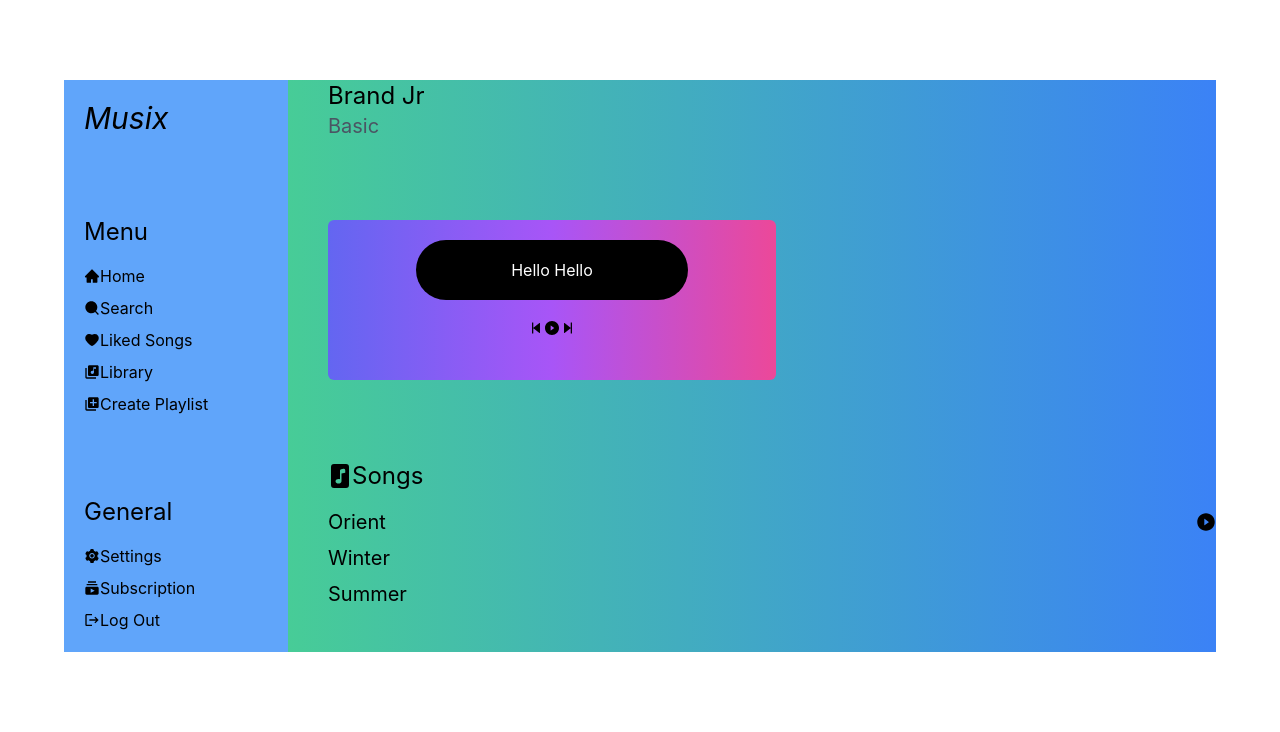
Repository: brandford7/music-player
Page: /
These files come from the project's save history. The page is drawn as it stood at one moment and after the next save; the edit follows.
The browser window is 1280 px wide. The pictures show the whole page.
The project was rebuilt for these pictures with package versions that can differ from the ones it lists, and the page was loaded fresh each time. The framework's server and built-in components were replaced by stand-ins that run in the browser. Also part of the build but not shown: next.config.js.

Above is the page before, as saved 2022-11-18 13:00:21.

### pages/index.js
import Head from "next/head";
import Image from "next/image";
import { MusicCard, Sidebar, SongList, UserAvatar } from "../components";

export default function Home() {
  return (
    <div className="flex mx-auto max-w-6xl my-20 space-x-10 bg-gradient-to-r from-green-400 to-blue-500">
      <Head>
        <title>Music Player</title>
        <meta name="description" content="Generated by create next app" />
        <link rel="icon" href="/favicon.ico" />
      </Head>
      <aside>
        <Sidebar />
      </aside>
      <main className="flex flex-col flex-1 space-y-20">
        <UserAvatar name="Brand Jr" subscription="Basic" />
        <MusicCard title="Hello Hello" />
        <SongList />
      </main>
    </div>
  );
}

### styles/globals.css
@tailwind base;
@tailwind components;
@tailwind utilities;



html,
body {
  padding: 0;
  margin: 0;
  font-family: -apple-system, BlinkMacSystemFont, Segoe UI, Roboto, Oxygen,
    Ubuntu, Cantarell, Fira Sans, Droid Sans, Helvetica Neue, sans-serif;
}

a {
  color: inherit;
  text-decoration: none;
}

* {
  box-sizing: border-box;
}

@media (prefers-color-scheme: dark) {
  html {
    color-scheme: dark;
  }
  body {
    color: white;
    background: black;
  }
}

### components/index.js
export { default as Sidebar } from './Sidebar';
export { default as UserAvatar } from './UserAvatar';
export { default as MusicCard } from './MusicCard';
export { default as MusicButton } from './MusicButton';
export { default as SongList } from './SongList';

### components/Sidebar.jsx
import React from "react";
import { AiFillHome, AiFillHeart, AiFillSetting } from "react-icons/ai";
import {
  MdLibraryMusic,
  MdLibraryAdd,
  MdLogout,
  MdSubscriptions,
} from "react-icons/md";
import { RiSearchFill } from "react-icons/ri";

const Sidebar = () => {
  return (
    <div className="flex flex-col space-y-20 bg-blue-400 p-5  w-56">
      <section>
        <h1 className="text-3xl italic">Musix</h1>
      </section>
      <section>
        <h2 className="mb-4 text-2xl">Menu</h2>
        <ul className="space-y-2">
          <li className="flex items-center ">
            <AiFillHome />
            Home
          </li>
          <li className="flex items-center ">
            <RiSearchFill />
            Search
          </li>
          <li className="flex items-center ">
            <AiFillHeart />
            Liked Songs
          </li>
          <li className="flex items-center ">
            <MdLibraryMusic />
            Library
          </li>
          <li className="flex items-center ">
            <MdLibraryAdd />
            Create Playlist
          </li>
        </ul>
      </section>
      <section>
        <h2 className="mb-4 text-2xl">General</h2>
        <ul className="space-y-2">
          <li className="flex items-center ">
            <AiFillSetting />
            Settings
          </li>
          <li className="flex items-center ">
            <MdSubscriptions />
            Subscription
          </li>
          <li className="flex items-center ">
            <MdLogout />
            Log Out
          </li>
        </ul>
      </section>
    </div>
  );
};

export default Sidebar;

### components/UserAvatar.jsx
import React from "react";

const UserAvatar = ({ image, name, subscription }) => {
  return (
    <div className="flex flex-col">
      <img src={image} alt="" />
      <h2 className="text-2xl">{name}</h2>
      <p className="text-gray-600 text-xl"> {subscription}</p>
    </div>
  );
};

export default UserAvatar;

### components/MusicCard.jsx
import React from "react";
import MusicButton from "./MusicButton";
import {
  AiFillPlayCircle,
  AiFillStepBackward,
  AiFillStepForward,
} from "react-icons/ai";

const MusicCard = ({ title }) => {
  return (
    <div className=" flex flex-col items-center space-y-5 p-5 max-w-md rounded-md h-40 w-4/5 bg-gradient-to-r from-indigo-500 via-purple-500 to-pink-500">
      <section className="flex items-center justify-center rounded-full h-2/4 w-2/3 bg-black text-white">
        {title}
      </section>
      <section className="flex items-center justify-center">
        <MusicButton icon={<AiFillStepBackward />} />
        <MusicButton icon={<AiFillPlayCircle />} />
        <MusicButton icon={<AiFillStepForward />} />
      </section>
    </div>
  );
};

export default MusicCard;

### components/MusicButton.jsx
import React from 'react'

const MusicButton = ({icon}) => {
  return (
      <div>{icon}</div>
  )
}

export default MusicButton

### components/SongList.jsx
import React from "react";
import { BsFillFileMusicFill } from "react-icons/bs";
import { AiFillPlayCircle } from "react-icons/ai";
import MusicButton from "./MusicButton";

const SongList = () => {
  return (
    <div>
      <h1 className="flex items-center space-x-5 text-2xl mb-4">
        <BsFillFileMusicFill />
        Songs
      </h1>
      <section>
        <ul className="flex flex-col text-xl space-y-2">
          <li className="flex items-center justify-between ">
            Orient <MusicButton icon={<AiFillPlayCircle />} />
          </li>
          <li className="flex items-center ">Winter</li>
          <li className="flex items-center  ">Summer</li>
        </ul>
      </section>
    </div>
  );
};

export default SongList;

Loaded but not shown: pages/_app.js (common file); tailwind.config.js (common file)

After the next save:
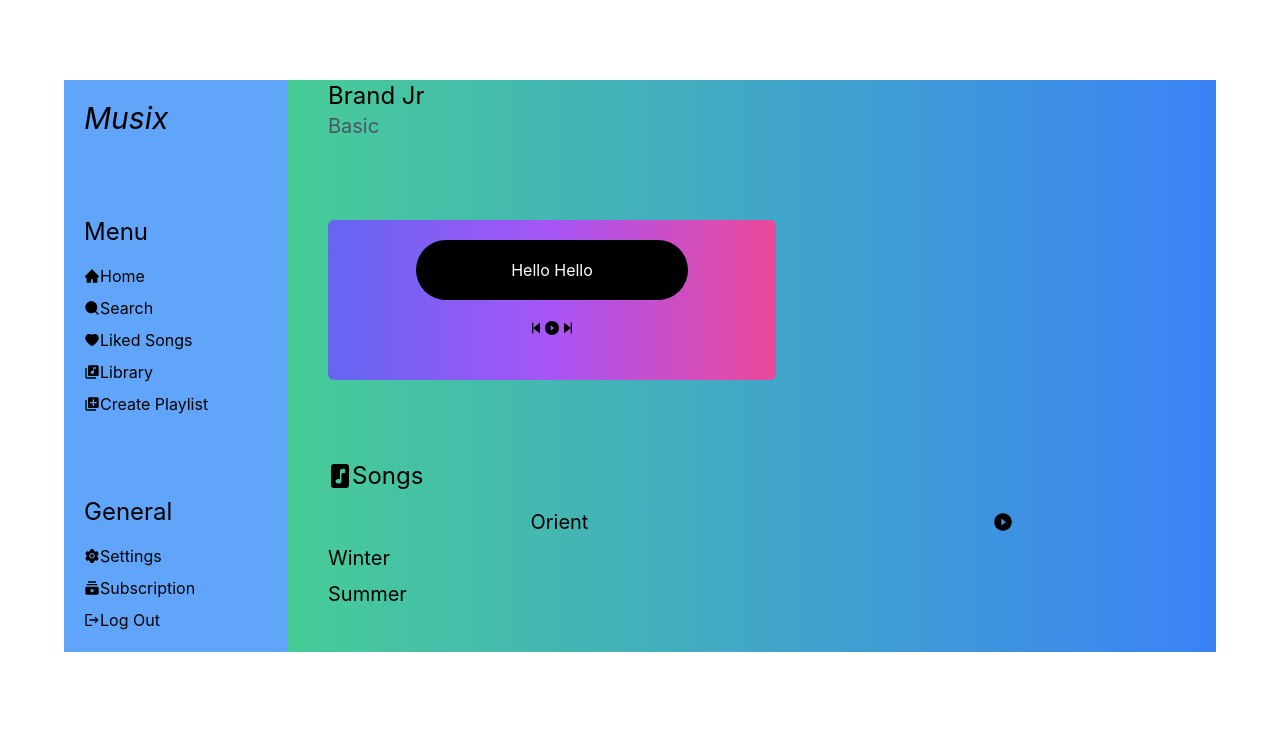
Saved 14 s later.
--- a/components/SongList.jsx
+++ b/components/SongList.jsx
@@ -12,7 +12,7 @@ const SongList = () => {
       </h1>
       <section>
         <ul className="flex flex-col text-xl space-y-2">
-          <li className="flex items-center justify-between ">
+          <li className="flex items-center justify-around ">
             Orient <MusicButton icon={<AiFillPlayCircle />} />
           </li>
           <li className="flex items-center ">Winter</li>
